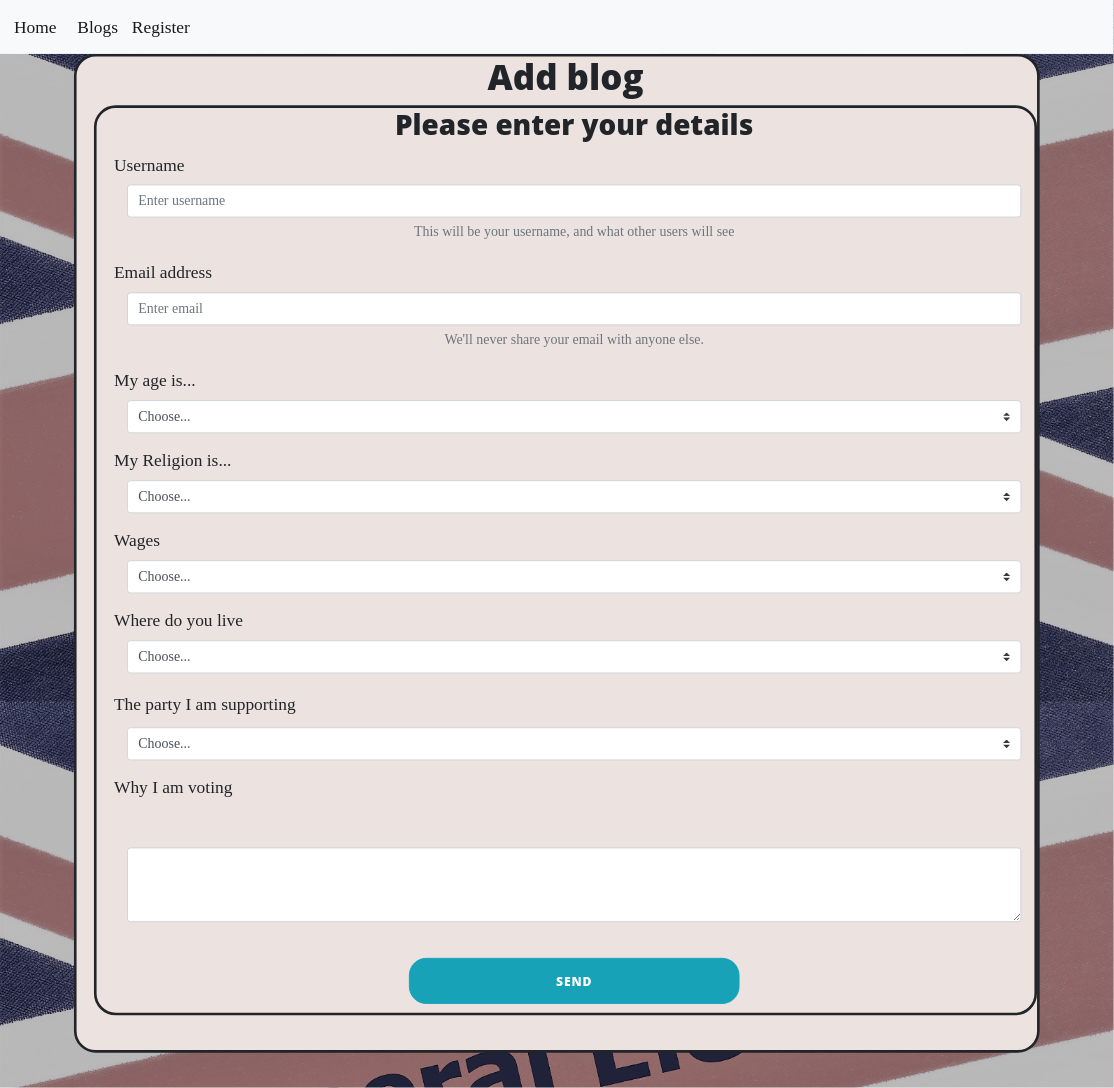
Repository: Rudancy/ms3
Page: http://localhost/add_blog
The author's editor kept a record of every edit. The page is drawn from the files as they stood at one moment, then again after the next edit.
The browser window is 1280 px wide. The pictures show the whole page, at 87% of full size.
Backgrounds fixed to the window are drawn as part of the page. Some web libraries are served in a nearby version. The page is served by the project's application, run on Flask 3 (app.py). Other server files are loaded and not shown. Queries for data that is not in the repository find no rows.

Above is the page before.

### templates/add_blog.html
{% extends 'base.html' %} {% block content %}


<div class="headings">
<h1>Add blog</h1>

<div class="bd-datainput">
    <div class="container justify-content-center">
        <form action="{{ url_for('insert_blog') }}" method="POST">

            <div class="row mb-1">
                <div class="col-12">
                    <h2>Please enter your details</h2>
                </div>
            </div>
            <div class="row">
                <label for="exampleInputEmail1">Username</label>
            </div>


            <div class="form-row mb-1">
                <div class="col-12">
                    <div class="form-group">

                        <input name="user_name" type="text" class="form-control" id="exampleInputUsername" aria-describedby="username" placeholder="Enter username" required>
                        <small id="userhelp" class="form-text text-muted">This will be your username, and what other users will see</small>
                    </div>
                </div>
            </div>


            <div class="row">
                <label for="exampleInputEmail1" required>Email address</label>
            </div>
            <div class="form-row mb-1">
                <div class="col-12">
                    <div class="form-group">

                        <input type="email" name="user_email" class="form-control" id="exampleInputEmail1" aria-describedby="emailHelp" placeholder="Enter email" required>
                        <small id="emailHelp" class="form-text text-muted">We'll never share your email with anyone else.</small>
                    </div>
                </div>
            </div>


            <div class="row">
                <label for="exampleInputEmail1">My age is...</label>
            </div>
            <div class="form-row">
                <div class="col-12">
                    <div class="input-group mb-3">

                        <select name="user_age" class="custom-select" id="inputGroupSelect02" required>
                        <option selected>Choose...</option>
                        {% for age in ages %}
                        <option value="{{age.age}}">I am {{age.age}} years old</option>
                        {%endfor%}
                    </select>
                    </div>
                </div>
            </div>

            <div class="row">
                <label for="exampleInputEmail1">My Religion is...</label>
            </div>
            <div class="form-row">
                <div class="col-12">
                    <div class="input-group mb-3">


                        <select name="user_religion" class="custom-select" id="inputGroupSelect04">
                        <option selected>Choose...</option>
                        {% for religion in religions %}
                        <option value="{{religion.religion}}">{{religion.religion}}</option>
                        {% endfor %}
                    </select>

                    </div>
                </div>
            </div>



            <div class="row">
                <label for="exampleInputEmail1">Wages</label>
            </div>
            <div class="form-row">
                <div class="col-12">
                    <div class="input-group mb-3">

                        <select name="user_wage" class="custom-select" id="inputGroupSelect02">
                        <option selected>Choose...</option>
                        {% for wage in wages %}
                        <option value="{{wage.wage}}">£{{wage.wage}}</option>
                        {%endfor%}
                    </select>
                    </div>
                </div>
            </div>




            <div class="row">
                <label for="exampleInputEmail1">Where do you live</label>
            </div>
            <div class="row mb-1">
                <div class="col-12">
                    <div class="input-group mb-3">



                        <select name="user_region" class="custom-select" id="inputGroupSelect01">

                        <option selected>Choose...</option>
                        {% for region in regions %}
                        <option value="{{region.region}}">{{region.region}}</option>
                        {%endfor%}
                    </select>
                    </div>
                </div>
            </div>






            <div class="row mb-1">
                <label for="exampleInputEmail1">The party I am supporting</label>
            </div>

            <div class="row">
                <div class="col-12">
                    <div class="input-group mb-3">
                        <select name="user_party" class="custom-select" id="inputGroupSelect03">
                        <option selected>Choose...</option>
                        {% for political in parties %}
                        <option value="{{political.political}}">{{political.political}}</option>
                        {%endfor%}
                    </select>
                    </div>
                </div>
            </div>



            <div class="row mb-3">
                <label for="exampleInputEmail1">Why I am voting</label>
            </div>
            <div class="row">
                <div class="col-12">
                    <div class="form-group">
                        <label for="exampleFormControlTextarea1"></label>
                        <textarea name="user_comment" class="form-control" id="exampleFormControlTextarea1" rows="3"></textarea>
                    </div>
                </div>
            </div>
            <div class="row justify-centre">
                <button type="submit" class="btn btn-info btn-block">Send</button>
            </div>






        </form>
    </div>
</div>

{% endblock %}

### templates/base.html
<!DOCTYPE html>
<html lang="en">

<head>
  <meta charset="UTF-8">
  <meta name="viewport" content="width=device-width, initial-scale=1.0">
  <meta http-equiv="X-UA-Compatible" content="ie=edge">
  <title>Document</title>
  <link rel="stylesheet" href="https://cdnjs.cloudflare.com/ajax/libs/font-awesome/5.9.0/css/all.min.css" integrity="sha256-UzFD2WYH2U1dQpKDjjZK72VtPeWP50NoJjd26rnAdUI=" crossorigin="anonymous" />
  <link href="https://stackpath.bootstrapcdn.com/bootstrap/4.3.1/css/bootstrap.min.css" rel="stylesheet" integrity="sha384-ggOyR0iXCbMQv3Xipma34MD+dH/1fQ784/j6cY/iJTQUOhcWr7x9JvoRxT2MZw1T" crossorigin="anonymous">
  <link rel="stylesheet" href="{{url_for('static', filename='css/clean-blog.css')}}" type="text/css" />
  <link rel="stylesheet" href="{{url_for('static', filename='css/style.css')}}" type="text/css" />

</head>

<body>
  <header>
    <nav class="navbar navbar-expand-lg navbar-light bg-light">
      <a class="navbar-brand" href="{{url_for('home')}}">Home</a>
      <button class="navbar-toggler" type="button" data-toggle="collapse" data-target="#navbarSupportedContent" aria-controls="navbarSupportedContent" aria-expanded="false" aria-label="Toggle navigation">
    <span class="navbar-toggler-icon"></span>
  </button>

      <div class="collapse navbar-collapse" id="navbarSupportedContent">
        <ul class="navbar-nav mr-auto">
          <li class="nav-item active">
            <a class="nav-link" href="{{url_for('user_blogs')}}">Blogs <span class="sr-only">(current)</span></a>
          </li>
          <li class="nav-item active">
            <a class="nav-link" href="{{url_for('add_blog')}}">Register <span class="sr-only">(current)</span></a>
          </li>


        </ul>

      </div>
    </nav>

  </header>


<!-- https://pythonise.com/series/learning-flask/flask-message-flashing -->

{% with messages = get_flashed_messages(with_categories=true) %}
    {% if messages %}
        {% for category, message in messages %}
            <div class="alert alert-{{ category }} alert-dismissible fade show" style="width: 50%; margin-left: auto; margin-right: auto; text-align: center; " role="alert">
                <span>{{ message }}</span>
                <button type="button" class="close" data-dismiss="alert" aria-label="Close">
                <span aria-hidden="true">&times;</span>
                </button>
            </div>
        {% endfor %}
    {% endif %}
{% endwith %}


  <div class="container">
    {% block content %} {% endblock %}

  </div>

  <script href="https://code.jquery.com/jquery-3.3.1.slim.min.js" integrity="sha384-q8i/X+965DzO0rT7abK41JStQIAqVgRVzpbzo5smXKp4YfRvH+8abtTE1Pi6jizo" crossorigin="anonymous"></script>
  <script href="https://cdnjs.cloudflare.com/ajax/libs/popper.js/1.14.7/umd/popper.min.js" integrity="sha384-UO2eT0CpHqdSJQ6hJty5KVphtPhzWj9WO1clHTMGa3JDZwrnQq4sF86dIHNDz0W1" crossorigin="anonymous"></script>
  <script href="https://stackpath.bootstrapcdn.com/bootstrap/4.3.1/js/bootstrap.min.js" integrity="sha384-JjSmVgyd0p3pXB1rRibZUAYoIIy6OrQ6VrjIEaFf/nJGzIxFDsf4x0xIM+B07jRM" crossorigin="anonymous"></script>
  <script src="{{ url_for('static', filename='vendor/jquery/jquery.min.js') }}"></script>
  <script src="{{ url_for('static', filename='vendor/bootstrap/js/bootstrap.bundle.min.js') }}"></script>

</body>

</html>

### app.py
import os
from flask import Flask, render_template, redirect, request, url_for, session, flash
from flask_pymongo import PyMongo
import datetime
from flask_wtf import FlaskForm
from bson.objectid import ObjectId
from os import path
if path.exists("env.py"):
  import env

app = Flask(__name__)


app.config ["SECRET_KEY"] = os.environ.get('SECRET_KEY')
app.config ["MONGO_URI"] = os.environ.get('MONGO_URI')
app.config["MONGO_DBNAME"] = 'vote_base'

mongo = PyMongo(app)
""""

intial view of project

"""
@app.route('/')
@app.route('/home')
def home():



    return render_template('home.html')




@app.route('/user_blogs')
def user_blogs():

    #read; allows the user to read the blog

    return render_template("user_blogs.html", blogs=mongo.db.user_profile.find())



@app.route('/add_blog', methods=['GET', 'POST'])
def add_blog():


    #finds current information in db and renders in html form


        wages=mongo.db.wages.find()
        regions=mongo.db.regions.find()
        parties=mongo.db.parties.find()
        religions=mongo.db.religion.find()
        ages=mongo.db.age_groups.find()
        comment=mongo.db.user_comment.find()

        return render_template("add_blog.html", comment=comment, ages=ages, regions=regions, wages=wages, parties=parties, religions=religions)



@app.route('/insert_blog', methods=['GET', 'POST'])
def insert_blog():

    #creates user_blog into DB

    now = datetime.datetime.now()

    user_exists = mongo.db.user_profile.find_one({'user_email': request.form['user_email']})

    blog= {
        "user_name":request.form.get("user_name"),
        "user_email":request.form.get("user_email"),
        "user_age":request.form.get("user_age"),
        "user_region":request.form.get("user_region"),
        "user_party":request.form.get("user_party"),
        "user_religion":request.form.get("user_religion"),
        "user_comment":request.form.get("user_comment"),
        "user_wage":request.form.get("user_wage"),
        "user_time":now
        }



    if request.method=="POST":
        if user_exists is None:



            #credit to https://www.youtube.com/watch?v=vVx1737auSE

            blog = request.form.to_dict()
            user_profile = mongo.db.user_profile

            user_profile.insert_one(blog)
            flash("Blog has been logged!", "success")
            return redirect(url_for("user_blogs"))

        else:
            flash("this Email is taken!", "danger")
            return redirect(url_for("add_blog"))


@app.route('/edit_blog/<user_profile_id>')
def edit_blog(user_profile_id):

    #finds current information of user in db and renders in html form

    user = mongo.db.user_profile.find_one({"_id": ObjectId(user_profile_id)})
    all_blogs=mongo.db.user_profile.find()
    wages=mongo.db.wages.find()
    regions=mongo.db.regions.find()
    parties=mongo.db.parties.find()
    religions=mongo.db.religion.find()
    ages=mongo.db.age_groups.find()
    comment=mongo.db.user_comment.find()



    return render_template('edit_blog.html',comment=comment, user=user, blog=all_blogs, ages=ages, regions=regions, wages=wages, parties=parties, religions=religions, user_profile_id=user_profile_id)

@app.route('/update_blog/<user_profile_id>', methods=['POST'])
def update_blog(user_profile_id):

    #updates new information

    user_profile = mongo.db.user_profile
    user_profile.update_one( {'_id': ObjectId(user_profile_id)},
    {'$set':
    {
        'user_name':request.form.get('user_name'),
        'user_email':request.form.get('user_email'),
        'user_age':request.form.get('user_age'),
        'user_region':request.form.get('user_region'),
        'user_party':request.form.get('user_party'),
        'user_religion':request.form.get('user_religion'),
        'user_comment':request.form.get('user_comment'),
        'user_wage':request.form.get('user_wage')
    }})
    return redirect(url_for('user_blogs'))


@app.route('/delete_blog/<user_profile_id>')
def delete_blog(user_profile_id):

    #delete function

    mongo.db.user_profile.remove({'_id': ObjectId(user_profile_id)})
    all_blogs=mongo.db.user_profile.find()


    return redirect(url_for('user_blogs'))







if __name__ == '__main__':
    app.run(host=os.environ.get('IP'),
        port=int(os.environ.get('PORT')),
        debug=True)

### static/css/style.css
@import url('https://fonts.googleapis.com/css?family=Roboto&display=swap');
@import url('https://fonts.googleapis.com/css?family=Marck+Script&display=swap');

/*----------------- mainstyles----------------*/

html {
    background: url('/static/img/Snap-general-election-25417.jpg') no-repeat center center fixed;
    -webkit-background-size: cover;
    -moz-background-size: cover;
    -o-background-size: cover;
    background-size: cover;
}




.main-home {
    background-color: #ece3e0;
    padding: 40px;
    border-radius: 28px;
    margin-bottom: 55px;
}


p {
    font-family: 'Roboto', sans-serif;
    font-weight: 500;
}

p {
    line-height: 1.5;
    margin: 10px 0;
}

/*----------------- user-blog styles----------------*/

.blog-title {
    margin-bottom: 50px;
    margin-top: 50px;
}



.user-borders {
    border-style: solid;
}

.options {
    background-color: red;
    font-size: inherit;
}

.bd-datainput {
    background-color: #ece3e0;
    border-style: solid;
    padding-left: 20px;
    border-radius: 25px;
    margin-bottom: 40px;



}

.data-input-header {
    padding-right: 10px;

}


.output-info {
    margin-left: 30px;

}

.output-info-name {
    padding-top: 12px;
    margin-left: 30px;
}



.blog-output {
    background-color: #ece3e0;
    border-radius: 25px;
    width: 60%;
    border: solid;
    border-color: slategray;
    border-style: double;
}

.user-comment-text {
    font-family: 'Marck Script', cursive;

}



/*-------------------------------------------thumbnail styling--------------------*/

.thumbnail {
    display: block;
    padding: 4px;
    margin-bottom: 20px;
    line-height: 1.42857143;
    background-color: transparent;
    border: 1px solid transparent;
    border-radius: 4px;
    -webkit-transition: border .2s ease-in-out;
    -o-transition: border .2s ease-in-out;
    transition: border .2s ease-in-out;
    text-align: center;

}


thumbnail img {
    text-align: center;
    filter: grayscale(100%);
    transition: transform 2s;
}

.thumbnail img:hover {
    filter: grayscale(0);

    border-color: #f07f03;
}

/*-------------------------------------thumbnail party pics----------------------*/

#conservative-pic,
#SNP-pic,
#labour-pic,
#brexit-pic,
#dup-pic,
#green-pic,
#lib-pic,
#plaid-pic {
    display: inline-block;
    width: 200px;
    height: 200px;
    padding: 4px;
    line-height: 1.42857143;
    background-color: transparent;
    border: 5px solid #797575;
    border-radius: 70px;
    -webkit-transition: all .2s ease-in-out;
    -o-transition: all .2s ease-in-out;
    transition: all .2s ease-in-out;
}

/*-------------------------------------button and hr styling----------------------*/

hr {
    display: block;
    position: relative;
    padding: 0;
    margin: 8px auto;
    height: 0;
    width: 80%;
    max-height: 0;
    font-size: 1px;
    line-height: 0;
    clear: both;
    border: none;
    border-top: 1px solid #aaaaaa;
    border-bottom: 1px solid #ffffff;
    margin-bottom: 45px;
}

hr.data-line {
    display: block;
    position: relative;
    padding: 0;
    margin: 8px auto;
    height: 0;
    width: 80%;
    max-height: 0;
    font-size: 1px;
    line-height: 0;
    clear: both;
    border: none;
    border-top: 1px solid #aaaaaa;
    border-bottom: 1px solid #ffffff;

}



.btn-block-home {
    display: block;
    width: 48%;
    margin-bottom: 10px;
    margin-top: 25px;
    margin-left: auto;
    margin-right: auto;
}


.hr-style {
    margin-top: 45px;
}


.bottom-button {
    margin-bottom: 50px;
}

.btn-warning {
    color: #212529;
    background-color: #f7ec90;
    border-color: #ffc107;
}

.btn-block {
    display: block;
    width: 36%;
    margin-bottom: 10px;
    margin-top: 25px;
    margin-left: auto;
    border-radius: 20px;
    margin-right: auto;
}


btn-block-home {
    display: block;
    width: 48%;
    margin-bottom: 10px;
    margin-top: 25px;
    margin-left: auto;
    margin-right: auto;
}




/*----------------- main headings--------------*/

.headings{
    background-color: #ece3e0;
    border-style: solid;
    padding-left: 20px;
    border-radius: 25px;
    margin-bottom: 40px;
    text-align: center;
    margin-left: auto;
    margin-right: auto;
}


.main-text {
    text-align: center;
}


h3,
h1 {
    text-align: center;
}


.main-heading {
    margin-bottom: 25px;
    text-align: center;
    margin-bottom: 30px;
}


.sub-heading-logo {
    margin-bottom: 25px;
}

.thumbnail-bg {
    background: antiquewhite;
    border-style: solid;
    margin-left: 0px;
    border-radius: 21px;
}





.modal-heading {
    text-align: center;
}

.modal-content p {}


body {
    margin-bottom: 20px;
    background-color: transparent;
}


/*.bg-light {
    background-color: #aebecd!important;
}

Loaded but not shown: static/css/clean-blog.css (411 lines, source omitted)

After the next edit:
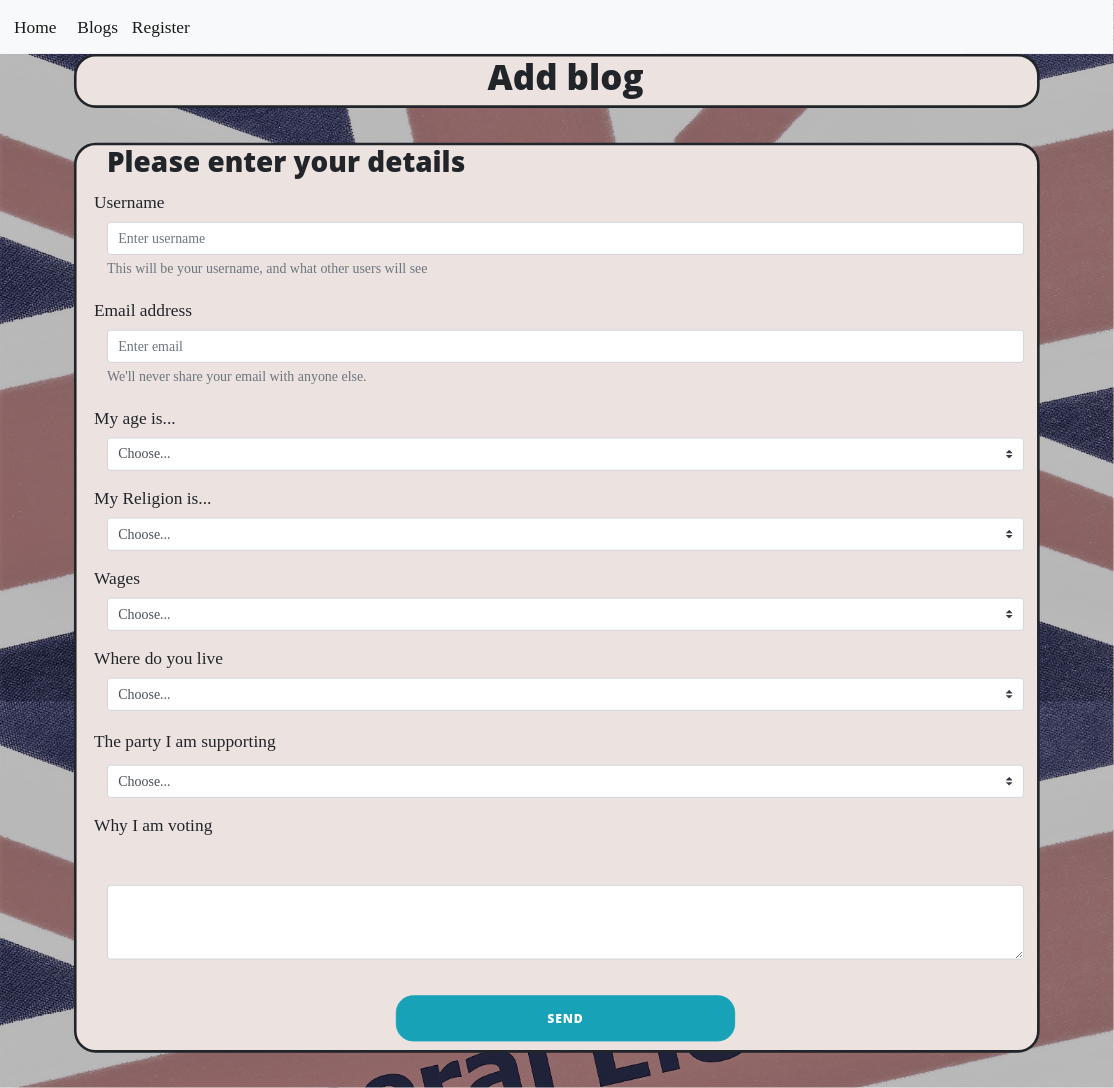
The edit:
--- a/templates/add_blog.html
+++ b/templates/add_blog.html
@@ -2,7 +2,9 @@
 
 
 <div class="headings">
-<h1>Add blog</h1>
+    <h1>Add blog</h1>
+</div>
+
 
 <div class="bd-datainput">
     <div class="container justify-content-center">
